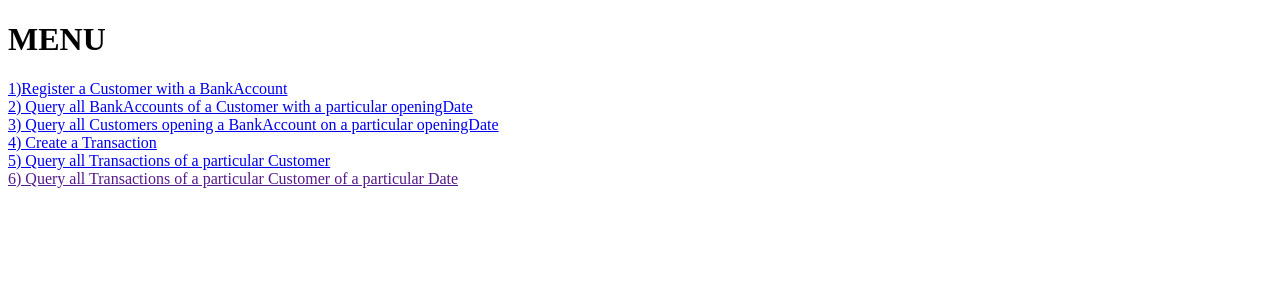
Repository: rajeshmalviya2011/MyRepo
Page: http://localhost/tcjassignment/home.jsp
An editor plug-in stored every save of this project. The page is shown before and after the next save, followed by the edit.
The browser window is 1280 px wide. The pictures show the whole page.
The page is served by Tomcat 9.

Above is the page before, as saved 2020-08-09 06:38:35.

After the next save:
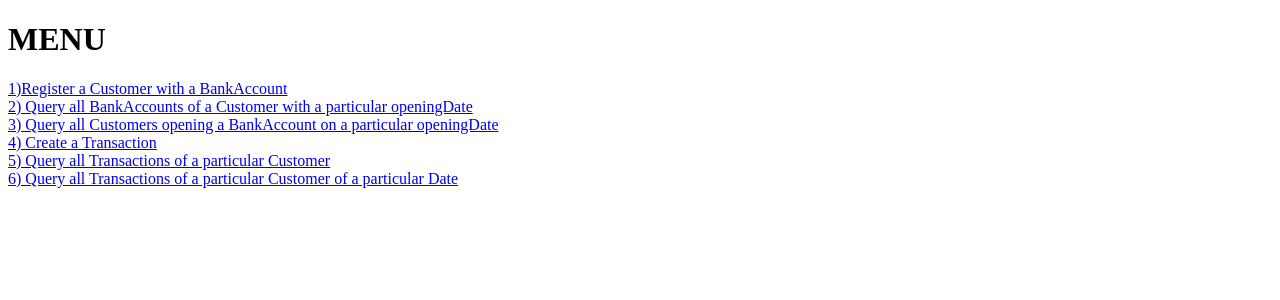
Saved 18 s later.
--- a/tcjassignment/src/main/webapp/home.jsp
+++ b/tcjassignment/src/main/webapp/home.jsp
@@ -19,7 +19,7 @@
 
 <a href="queryTransaction/1">5) Query all Transactions of a particular Customer</a><br>
 
-<a href="">6) Query all Transactions of a particular Customer of a particular Date</a><br>
+<a href="queryTransaction/1/2020-06-18">6) Query all Transactions of a particular Customer of a particular Date</a><br>
 
 </body>
 </html>
